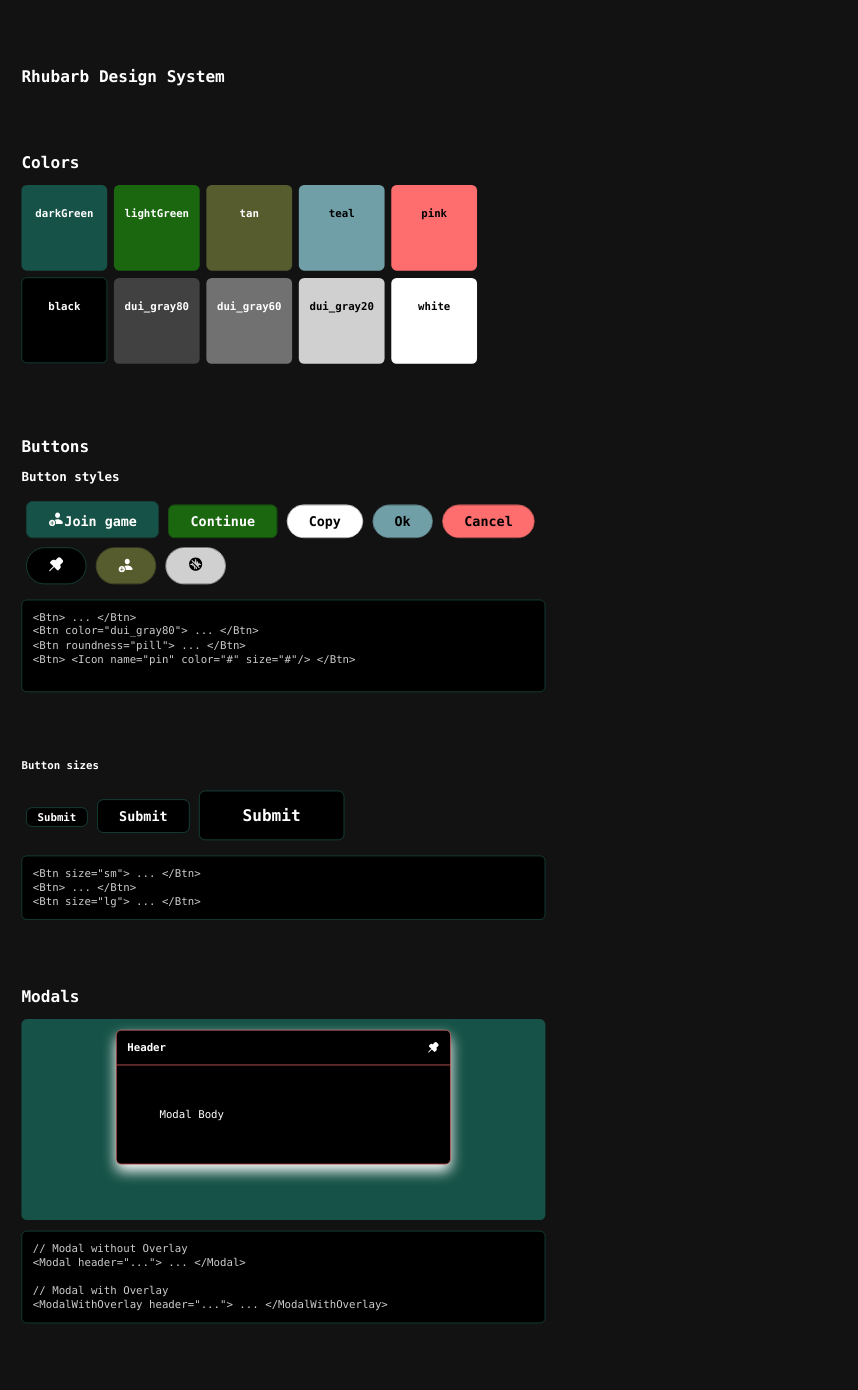
Repository: kttalley/designing-with-data_react-class
Page: / (app in lesson6_design-system-component-extension/)
The author's editor kept a copy of each file at every save. The page is drawn from the files as they stood at one save, then again after a run of saves.
The browser window is 1280 px wide. The pictures show the whole page, at 67% of full size.
The project was rebuilt for these pictures with package versions that can differ from the ones it lists, and the page was loaded fresh each time. Imported but missing from the stored project, and not drawn on this page: lesson6_design-system-component-extension/src/Rhubarb/Input.

Above is the page before, as saved 2023-09-01 13:15:40.

### lesson6_design-system-component-extension/src/App.js
import React, { Component } from 'react';
import { DocsSection, DocsColorBox, DocsModalContainer, DocsCodeBlock } from './Docs';
import Icon from './Rhubarb/Icon'

import {
  GlobalStyle,
  Btn,
  Modal,
  fontSize,
  color,
} from './Rhubarb';

class App extends Component {
  render() {
    return (
      <div>
        <GlobalStyle />

        <DocsSection>
          <h1>Rhubarb Design System</h1>
        </DocsSection>
        <DocsSection>
          <h2>Colors</h2>
          <DocsColorBox color="darkGreen">darkGreen</DocsColorBox>
          <DocsColorBox color="lightGreen">lightGreen</DocsColorBox>
          <DocsColorBox color="tan">tan</DocsColorBox>
          <DocsColorBox color="teal">teal</DocsColorBox>
          <DocsColorBox color="pink">pink</DocsColorBox>
          <DocsColorBox color="black">black</DocsColorBox>
          <DocsColorBox color="dui_gray80">dui_gray80</DocsColorBox>
          <DocsColorBox color="dui_gray60">dui_gray60</DocsColorBox>
          <DocsColorBox color="dui_gray20">dui_gray20</DocsColorBox>
          <DocsColorBox color="white">white</DocsColorBox>
        </DocsSection>

        <DocsSection>
          <h2>Buttons</h2>
          <h3>Button styles</h3>
          <Btn color="darkGreen">
            <Icon name="add" context="btn" color="#ffffff" size={fontSize[3]}></Icon>
            Join game
          </Btn>
          <Btn color="lightGreen">Continue</Btn>
          <Btn color="white"  roundness="pill">Copy</Btn>
          <Btn color="teal"  roundness="pill">Ok</Btn>
          <Btn color="pink"  roundness="pill">Cancel</Btn>
          <Btn roundness="pill">
            <Icon name="pin" size={fontSize[3]} />
          </Btn>
          <Btn roundness="pill" color="tan">
            <Icon name="add" size={fontSize[3]} />
          </Btn>
          <Btn color="dui_gray20" roundness="pill">
            <Icon name="cancel" color={color.black} size={fontSize[3]}></Icon>
          </Btn>
          <DocsCodeBlock>
            {`<Btn> ... </Btn>
            <Btn color="dui_gray80"> ... </Btn>
            <Btn roundness="pill"> ... </Btn>
            <Btn> <Icon name="pin" color="#" size="#"/> </Btn>

            `}
          </DocsCodeBlock>
      </DocsSection>
      <DocsSection>
          <h4>Button sizes</h4>
          <Btn size="sm">Submit</Btn>
          <Btn>Submit</Btn>
          <Btn size="lg">Submit</Btn>
           <DocsCodeBlock>
            {`<Btn size="sm"> ... </Btn>
            <Btn> ... </Btn>
            <Btn size="lg"> ... </Btn>
            `}
          </DocsCodeBlock>
        </DocsSection>


        <DocsSection>
          <h2>Modals</h2>
         <DocsModalContainer>
            <Modal header="Header">
              Modal Body
            </Modal>

         </DocsModalContainer>
         <DocsCodeBlock>
            {` // Modal without Overlay
              <Modal header="..."> ... </Modal>

              // Modal with Overlay
              <ModalWithOverlay header="..."> ... </ModalWithOverlay>
            `}
          </DocsCodeBlock>

        </DocsSection>
      </div>
    );
  }
}

export default App;

### lesson6_design-system-component-extension/src/Docs/index.js
import styled from 'styled-components';
import {color, space, isDarkBackground, fontSize} from '../Rhubarb';

export const DocsColorBox = styled.div`
background-color: ${ props => color[props.color] ? color[props.color] : color.black };
  color: ${props => isDarkBackground(props.color) ? color.black : color.white};
  height: ${space[6] + 'px'};
  width: ${space[6] + 'px'};
  padding-top: 33px;
  text-align: center;
  font-weight: bold;
  display: inline-block;
  margin-right: 10px;
  margin-bottom: 10px;
  border-radius: 8px;
  border: ${props => props.color === "black" ? '1px solid' + color.darkGreen : 'none'}
`;

export const DocsSection = styled.section`
  margin: 100px 32px;
  max-width: 782px;
`;

export const DocsModalContainer = styled.section`
  position: relative;
  height: 300px;
  border-radius: 8px;
  padding: 1rem;
  background: ${color.darkGreen}
`;

export const DocsCodeBlock = styled.code`
  border: 1px solid ${color.darkGreen};
  background-color: ${color.black};
  color: ${color.dui_gray20};
  border-radius: 8px;
  display: block;
  font-family: consolas, monospace;
  line-height: 1.3;
  padding: ${space[3] + 'px'};
  white-space: pre-line;
  font-size: ${fontSize[1]};
  margin-top: ${space[3] + 'px'};
   max-width: 832px;
  transition: 0.15s color ease;

  &::selection {
    color: ${color.black};
    background-color: ${color.pink};
  }

  &:hover {
    color: ${color.white};
  }


`;

### lesson6_design-system-component-extension/src/Rhubarb/Icon.js
import React from 'react';
import Styled, { css } from 'styled-components'



const Icon = function(props) {
    const {name, context, color="white", size=16, ...rest} = props;
    const Drawing = IconMap[name] ? IconMap[name] : null;
    const iconStyles = {
        ...(context === 'btn' && {
            marginRight: '200px',
            color: "red",
            padding: '8px',
            size: '500px'

        }),
    }

    return (
        <svg
            width={size}
            height={size}
            {...rest}
            viewBox="0 0 32 32"
        >
            <Drawing color={color} />
        </svg>

    );

}

function Add(props) {
    return (
        <path fill={props.color} d="M18.6025 16.2451C15.8604 16.2451 13.5879 13.8203 13.5879 10.6846C13.5752 7.65039 15.8857 5.25098 18.6025 5.25098C21.332 5.25098 23.6172 7.625 23.6172 10.6719C23.6172 13.8203 21.3447 16.2451 18.6025 16.2451ZM18.5898 18.5176C25.1406 18.5176 29.2158 23.0117 29.2158 26.2744C29.2158 27.3789 28.5049 27.874 26.7783 27.874H15.4033C15.5303 27.3408 15.5938 26.7695 15.5938 26.1982C15.5938 23.6973 14.4004 21.4756 12.5596 20.0537C14.1719 19.127 16.2158 18.5176 18.5898 18.5176ZM7.79883 32.5078C4.3457 32.5078 1.48926 29.6641 1.48926 26.1982C1.48926 22.7324 4.3457 19.876 7.79883 19.876C11.2646 19.876 14.1211 22.7324 14.1211 26.1982C14.1211 29.6514 11.2393 32.5078 7.79883 32.5078ZM7.81152 30.3496C8.20508 30.3496 8.52246 30.0703 8.52246 29.6641V26.8584H11.125C11.5059 26.8584 11.8105 26.5664 11.8105 26.1855C11.8105 25.8047 11.5059 25.5127 11.125 25.5127H8.52246V22.7197C8.52246 22.3008 8.20508 22.0342 7.81152 22.0342C7.41797 22.0342 7.10059 22.3008 7.10059 22.7197V25.5127H4.48535C4.11719 25.5127 3.8125 25.8047 3.8125 26.1855C3.8125 26.5664 4.11719 26.8584 4.48535 26.8584H7.10059V29.6641C7.10059 30.0703 7.41797 30.3496 7.81152 30.3496Z"></path>
    )
}


function Pin(props) {
    return (
        <path fill={props.color} d="M28.1831 13.4035C28.601 12.9858 28.9325 12.49 29.1587 11.9442C29.3849 11.3984 29.5014 10.8134 29.5015 10.2226C29.5016 9.63174 29.3853 9.0467 29.1592 8.50084C28.9332 7.95498 28.6019 7.45899 28.1841 7.0412L24.9849 3.82147C24.1379 2.97781 22.9906 2.50501 21.7951 2.50703C20.5997 2.50904 19.454 2.9857 18.6099 3.83221L14.354 8.35272C14.2599 8.44609 14.1326 8.49847 14 8.49847C13.8674 8.49847 13.7402 8.44609 13.646 8.35272C13.2271 7.93628 12.7279 7.60921 12.1789 7.39132C11.6298 7.17344 11.0422 7.06928 10.4517 7.08514C9.25462 7.11643 8.11615 7.60989 7.27491 8.46209L3.93702 11.9504C3.65616 12.2318 3.49835 12.6131 3.49816 13.0107C3.49797 13.4083 3.65543 13.7898 3.93602 14.0715L10.2144 20.3666L2.29341 28.2931C2.20056 28.386 2.12691 28.4962 2.07666 28.6175C2.02641 28.7389 2.00055 28.8689 2.00055 29.0002C2.00055 29.1315 2.02641 29.2615 2.07666 29.3828C2.12691 29.5041 2.20056 29.6144 2.29341 29.7072C2.38626 29.8001 2.49649 29.8737 2.6178 29.924C2.73911 29.9742 2.86913 30.0001 3.00044 30.0001C3.13175 30.0001 3.26177 29.9742 3.38308 29.924C3.5044 29.8737 3.61462 29.8001 3.70747 29.7072L11.6266 21.7825L17.8891 28.0617C18.0288 28.2015 18.1948 28.3122 18.3775 28.3877C18.5602 28.4631 18.7559 28.5016 18.9536 28.5012C19.1477 28.5019 19.3402 28.4644 19.5198 28.3906C19.6995 28.3169 19.8628 28.2084 20.0004 28.0715L23.5463 24.718C24.4021 23.8866 24.8934 22.7498 24.9124 21.5568C24.9315 20.3638 24.4767 19.212 23.6479 18.3537C23.555 18.2608 23.5025 18.135 23.5015 18.0036C23.5006 17.8722 23.5515 17.7458 23.643 17.6515L28.1831 13.4035Z"></path>
    )
}
function Cancel(props) {
    return (
        <path fill={props.color} d="M29 16C29 23.1797 23.1797 29 16 29C8.8203 29 3 23.1797 3 16C3 8.8203 8.8203 3 16 3C23.1797 3 29 8.8203 29 16ZM16.9957 6.9078C16.9481 6.39344 16.5166 6 16 6C15.4834 6 15.0519 6.39344 15.0043 6.9078L14.438 13.0238L13.796 12.3818L13.6593 11.265C13.5997 10.7785 13.1962 10.4068 12.7064 10.3873C12.4524 10.3772 12.2141 10.4634 12.0298 10.6156L9.70711 8.29289C9.31658 7.90237 8.68342 7.90237 8.29289 8.29289C7.95024 8.63555 7.90824 9.16501 8.16689 9.55346L22.4466 23.8331C22.835 24.0918 23.3645 24.0498 23.7071 23.7071C24.0976 23.3166 24.0976 22.6834 23.7071 22.2929L21.6914 20.2772C21.812 20.1618 21.9048 20.0154 21.9562 19.8473L22.6544 17.5661C22.8345 17.7326 23.0745 17.8319 23.3333 17.8319H26C26.5523 17.8319 27 17.3842 27 16.8319C27 16.2796 26.5523 15.8319 26 15.8319H24.118L23.638 13.8714C23.5309 13.4342 23.145 13.1224 22.6951 13.1096C22.2452 13.0968 21.8422 13.3862 21.7105 13.8166L21.194 15.5038L20.3131 11.1866C20.2151 10.7063 19.7834 10.3679 19.2936 10.3873C18.8038 10.4068 18.4003 10.7785 18.3407 11.265L17.8046 15.6439L16.9957 6.9078ZM18.9044 23.1194L16.2417 20.4567L16.6709 25.0922C16.718 25.6009 17.1411 25.9924 17.6519 25.9999C18.1628 26.0074 18.5972 25.6287 18.6593 25.1215L18.9044 23.1194ZM15.7993 20.0142L10.8878 15.1028L10.806 15.5038L10.593 14.808L8.96462 13.1796C8.67 13.2965 8.4407 13.5501 8.36203 13.8714L7.88198 15.8319H6C5.44772 15.8319 5 16.2796 5 16.8319C5 17.3842 5.44772 17.8319 6 17.8319H8.66667C8.92551 17.8319 9.16553 17.7326 9.3456 17.5661L10.0438 19.8473C10.1776 20.2846 10.5911 20.5754 11.0478 20.5535C11.5046 20.5316 11.8884 20.2026 11.9798 19.7545L12.4197 17.5986L13.3407 25.1215C13.4028 25.6287 13.8372 26.0074 14.3481 25.9999C14.8589 25.9924 15.282 25.6009 15.3291 25.0922L15.7993 20.0142ZM19.7257 18.3115L19.5184 18.1042L19.5803 17.5986L19.7257 18.3115Z"/>
    )
};




const IconMap = {
    "add": Add,
    "pin": Pin,
    "cancel": Cancel,
};


export default Icon;

### lesson6_design-system-component-extension/src/Rhubarb/index.js
//this file indexes all Rhubarb components for export

import { createGlobalStyle } from "styled-components";

export const GlobalStyle = createGlobalStyle`
  * {
    box-sizing: border-box;
  }

  body {
    margin: 0;
    padding: 0;
    font-family: menlo, sans-serif;
    background-color: #121212;
    color: white;
  }
`;


export * from './Button';
export * from './Input';
export * from './Utils';
export * from './Modal';
export * from './Icon';

### lesson6_design-system-component-extension/src/Rhubarb/Button.js
import { color, space, isDarkBackground, fontSize} from './Utils';
import styled, { css } from 'styled-components';

export const Btn = styled.button`
  background-color: ${ props => color[props.color] ? color[props.color] : color.black };
  color: ${props => isDarkBackground(props.color) ? color.black : color.white};
  outline: 1px solid ${ props => color[props.color] ? color[props.color] : color.darkGreen };
  border-radius: 8px;
  padding: ${space[3] + 'px'};
  margin: ${space[2] + 'px'};
  font-family: menlo;
  font-weight: bold;
  border: none;
  transition: 0.1s all ease;
  font-size: ${fontSize[2]};
  padding: ${space[2] + 4 + 'px'} ${space[4] + 'px'};

  &:hover {
    cursor: pointer;
    filter: brightness(1.1);
    transform: scale(1.1);
  }

  ${props => props.size === 'sm' && css`
    font-size: ${fontSize[1]};
    padding: ${space[1] + 2 + 'px'} ${space[3] + 'px'};
  ` }

    ${props => props.size === 'lg' && css`
      font-size: ${fontSize[3]};
      padding: ${space[3] + 6 + 'px'} ${space[5] + 'px'};
  ` }

  ${props => props.roundness === 'pill' && css`
    border-radius: 32px;
  `}

  ${props => props.color === "black" && css`
    outline: 2px solid green;

  `}


`;

### lesson6_design-system-component-extension/src/Rhubarb/Utils.js
export const color = {

  //core colors
  darkGreen: '#165247',
  tan: '#565C2D',
  lightGreen: '#1A6710',
  teal: '#719FA7',
  pink: '#FF6E6E',

  //grayscale - needs lui
  black: '#000000',
  dui_gray80: '#FFFFFF33',
  dui_gray60: '#FFFFFF66',
  dui_gray40: '##FFFFFF44',
  dui_gray20: '#FFFFFFCC',
  white: '#FFFFFF',
  // solid grays, no opacity,
  //for sake of utility function below
  gray1: '#606060',
  gray2: '#313131',
  gray3: '#181818'

}

export const space = [
  0,
  2,
  8,
  16,
  32,
  64,
  128,
  256,
  512
];

export const fontSize = [
  '14px',
  '16px',
  '20px',
  '24px',
  '32px',
  '64px'
];


export const isDarkBackground = function(color) {
  if (color) {
    if (color.includes('dui_gray20') || color.includes('teal') || color.includes('pink') || color.includes('white')) {
      return true;
    } else {
      return false;
    }
  }
}

### lesson6_design-system-component-extension/src/Rhubarb/Modal.js
import { color, space, fontSize, isDarkBackground} from './Utils';
import React from 'react';
import styled from 'styled-components';
import Icon from './Icon';

const ModalOverlay = styled.div`
  background-color: ${color.dui_gray80};
  position: fixed;
  right: 0;
  left: 0;
  top: 0;
  bottom: 0;
  padding: 1rem;
  margin: 1rem;
  border-radius: ${space[2] + 'px'};
`;

const ModalContainer = styled.div`
  background-color: ${color.black};
  margin: 0 auto;
  position: absolute:
  top: 75px;
  bottom: 75px;
  left: 0;
  right: 0;
  width: 500px;
  margin-left: auto;
  margin-right: auto;
  border-radius: 8px;
  overflow: auto;
  border: 1px solid ${color.pink};
  box-shadow: 0px 10px 20px white;
`;

const ModalHeader = styled.div`
  border-bottom: 1px solid ${color.pink};
  padding: ${space[3] + 'px'};
  display: flex;
  justify-content: space-between;
  font-weight: bold;
  font-size:${fontSize[1]};
`;

const ModalBody = styled.div`
  padding: ${space[5] + 'px'}

`;


const ModalDismissIcon = styled.div`
  float: right;
  transition: 0.2s opacity easy;
  cursor: pointer;

  &:hover {
    opacity: 0.6;
  }
`;


export const Modal = function(props) {
  return(
    <ModalContainer>
      <ModalHeader>
        <span>
          { props.header }
        </span>
        {/* <ModalDismissIcon onClick={ props.onDismiss } name="remove" size={20} fill={color.white} /> */}
        <Icon name="pin" onClick={ props.onDismiss} size={18}></Icon>
      </ModalHeader>
      <ModalBody>
        { props.children }
      </ModalBody>
    </ModalContainer>
  )
};


export const ModalWithOverlay = function(props) {
  return (
    <ModalOverlay>
      <Modal {...props} />
    </ModalOverlay>
  )
};

Loaded but not shown: lesson6_design-system-component-extension/public/index.html (common file); lesson6_design-system-component-extension/src/index.js (common file); lesson6_design-system-component-extension/src/index.css (common file); lesson6_design-system-component-extension/src/reportWebVitals.js (common file)

After the next 2 saves:
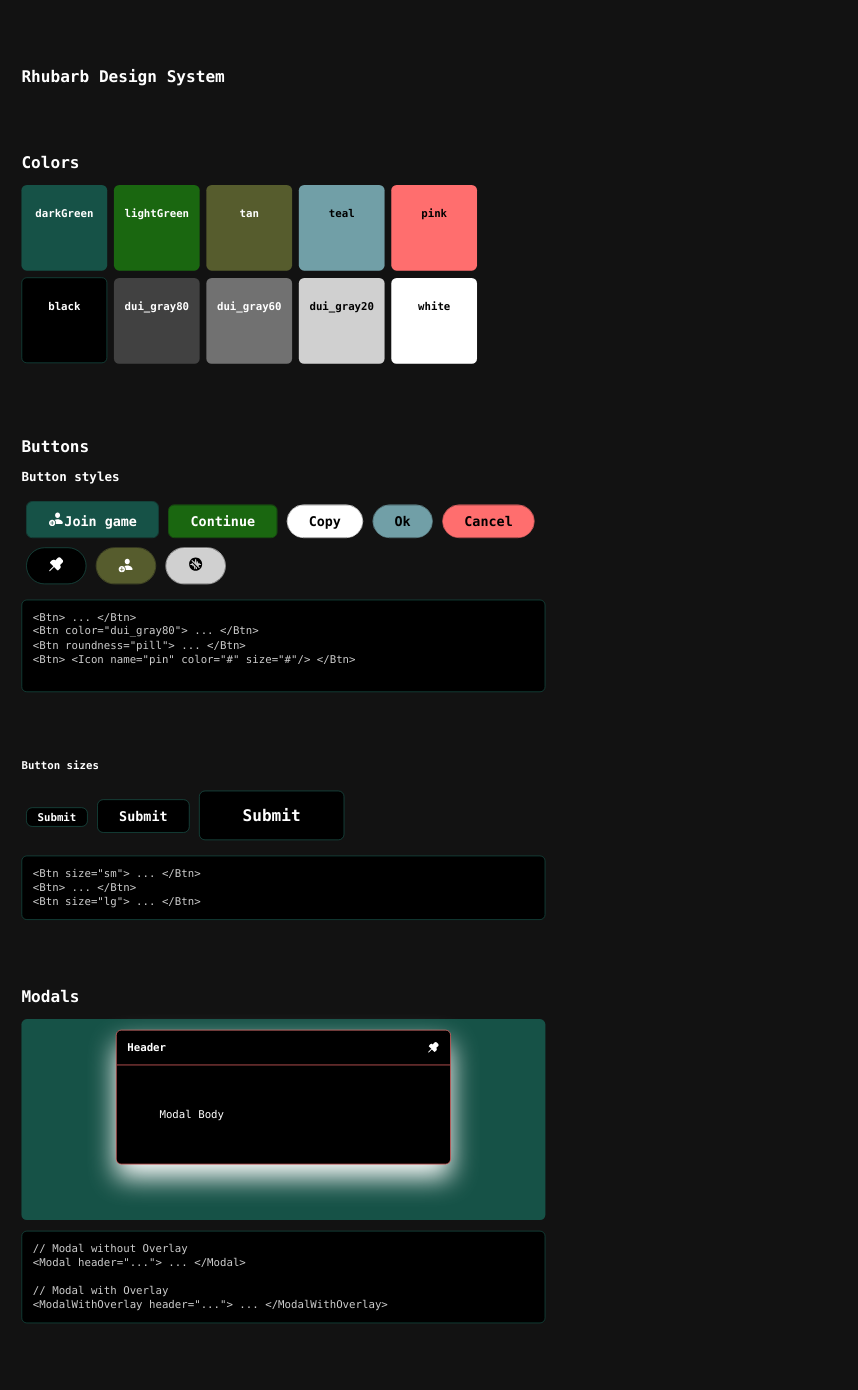
The 2 saves are shown as one change because they came seconds apart.
The last was saved 8 s later.
--- a/lesson6_design-system-component-extension/src/Rhubarb/Modal.js
+++ b/lesson6_design-system-component-extension/src/Rhubarb/Modal.js
@@ -29,7 +29,7 @@ const ModalContainer = styled.div`
   border-radius: 8px;
   overflow: auto;
   border: 1px solid ${color.pink};
-  box-shadow: 0px 10px 20px white;
+  box-shadow: 0px 20px 40px white;
 `;
 
 const ModalHeader = styled.div`
